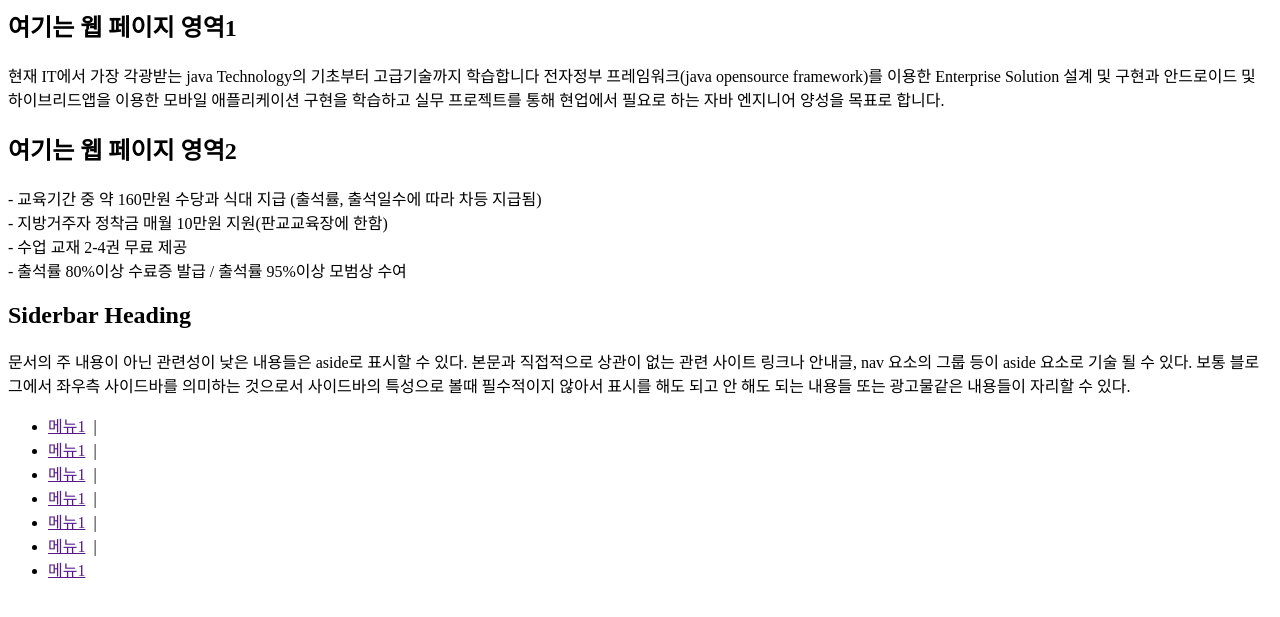
Repository: kol0372/woo
Page: http://localhost/1104/ex1_sample.jsp
These files come from the project's save history. The page is drawn as it stood at one moment and after the next save; the edit follows.
The browser window is 1280 px wide. The pictures show the whole page.
The page is served by Tomcat 9. Other server files are loaded and not shown.

Above is the page before, as saved 2014-11-04 02:15:47.

### jspworkspace/1104/WebContent/ex1_sample.jsp
<%@ page language="java" contentType="text/html; charset=EUC-KR"
	pageEncoding="EUC-KR"%>

	<article>
		<header>
			<h2>여기는 웹 페이지 영역1</h2>
		</header>

		<p>현재 IT에서 가장 각광받는 java Technology의 기초부터 고급기술까지 학습합니다 전자정부
			프레임워크(java opensource framework)를 이용한 Enterprise Solution 설계 및 구현과
			안드로이드 및 하이브리드앱을 이용한 모바일 애플리케이션 구현을 학습하고 실무 프로젝트를 통해 현업에서 필요로 하는 자바
			엔지니어 양성을 목표로 합니다.</p>
		<section>
			<header>
				<h2>여기는 웹 페이지 영역2</h2>
			</header>
			<p>- 교육기간 중 약 160만원 수당과 식대 지급 (출석률, 출석일수에 따라 차등 지급됨) <br/>- 지방거주자 정착금
				매월 10만원 지원(판교교육장에 한함) <br/>- 수업 교재 2-4권 무료 제공 </br>- 출석률 80%이상 수료증 발급 / 출석률
				95%이상 모범상 수여</p>
		</section>
	</article>
	<aside>
		<header>
			<h1>Siderbar Heading</h1>
		</header>
		<p>문서의 주 내용이 아닌 관련성이 낮은 내용들은 aside로 표시할 수 있다. 본문과 직접적으로 상관이 없는 관련
			사이트 링크나 안내글, nav 요소의 그룹 등이 aside 요소로 기술 될 수 있다. 보통 블로그에서 좌우측 사이드바를
			의미하는 것으로서 사이드바의 특성으로 볼때 필수적이지 않아서 표시를 해도 되고 안 해도 되는 내용들 또는 광고물같은 내용들이
			자리할 수 있다.</p>

	</aside>

	<footer>
		<nav>
			<ul>
				<li><a href="">메뉴1</a>&nbsp; |</li>
				<li><a href="">메뉴1</a>&nbsp; |</li>
				<li><a href="">메뉴1</a>&nbsp; |</li>
				<li><a href="">메뉴1</a>&nbsp; |</li>
				<li><a href="">메뉴1</a>&nbsp; |</li>
				<li><a href="">메뉴1</a>&nbsp; |</li>
				<li><a href="">메뉴1</a></li>
			</ul>
		</nav>
	</footer>


</body>
</html>

After the next save:
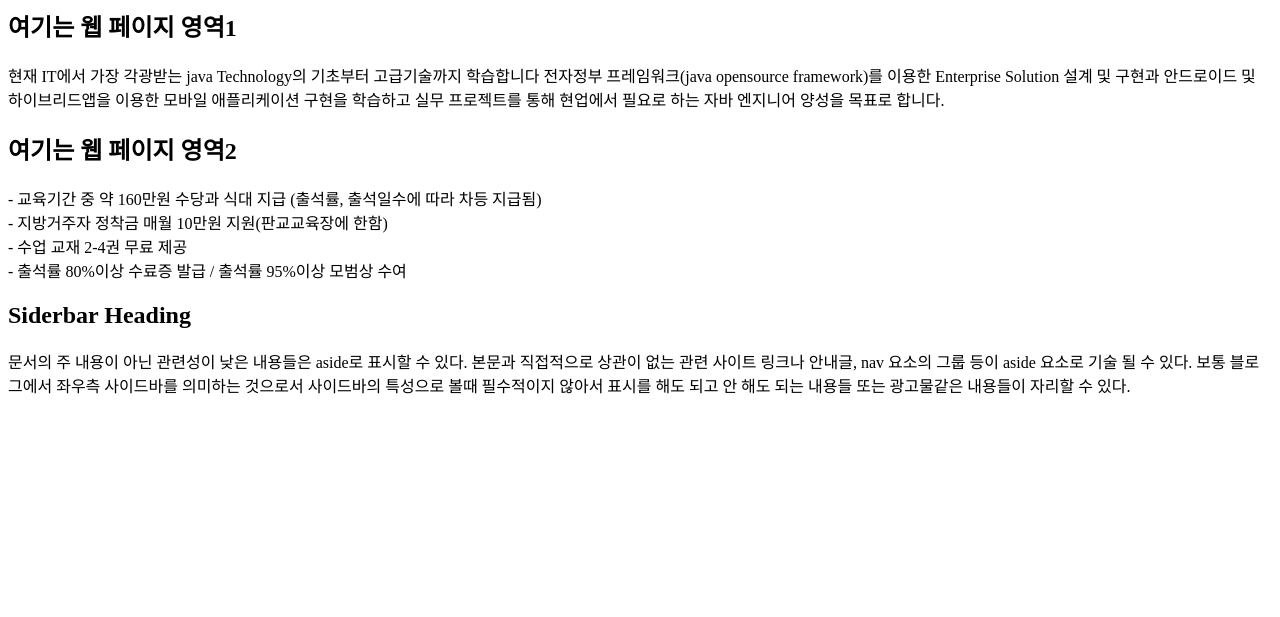
Saved 70 s later.
--- a/jspworkspace/1104/WebContent/ex1_sample.jsp
+++ b/jspworkspace/1104/WebContent/ex1_sample.jsp
@@ -30,19 +30,6 @@
 
 	</aside>
 
-	<footer>
-		<nav>
-			<ul>
-				<li><a href="">메뉴1</a>&nbsp; |</li>
-				<li><a href="">메뉴1</a>&nbsp; |</li>
-				<li><a href="">메뉴1</a>&nbsp; |</li>
-				<li><a href="">메뉴1</a>&nbsp; |</li>
-				<li><a href="">메뉴1</a>&nbsp; |</li>
-				<li><a href="">메뉴1</a>&nbsp; |</li>
-				<li><a href="">메뉴1</a></li>
-			</ul>
-		</nav>
-	</footer>
 
 
 </body>
